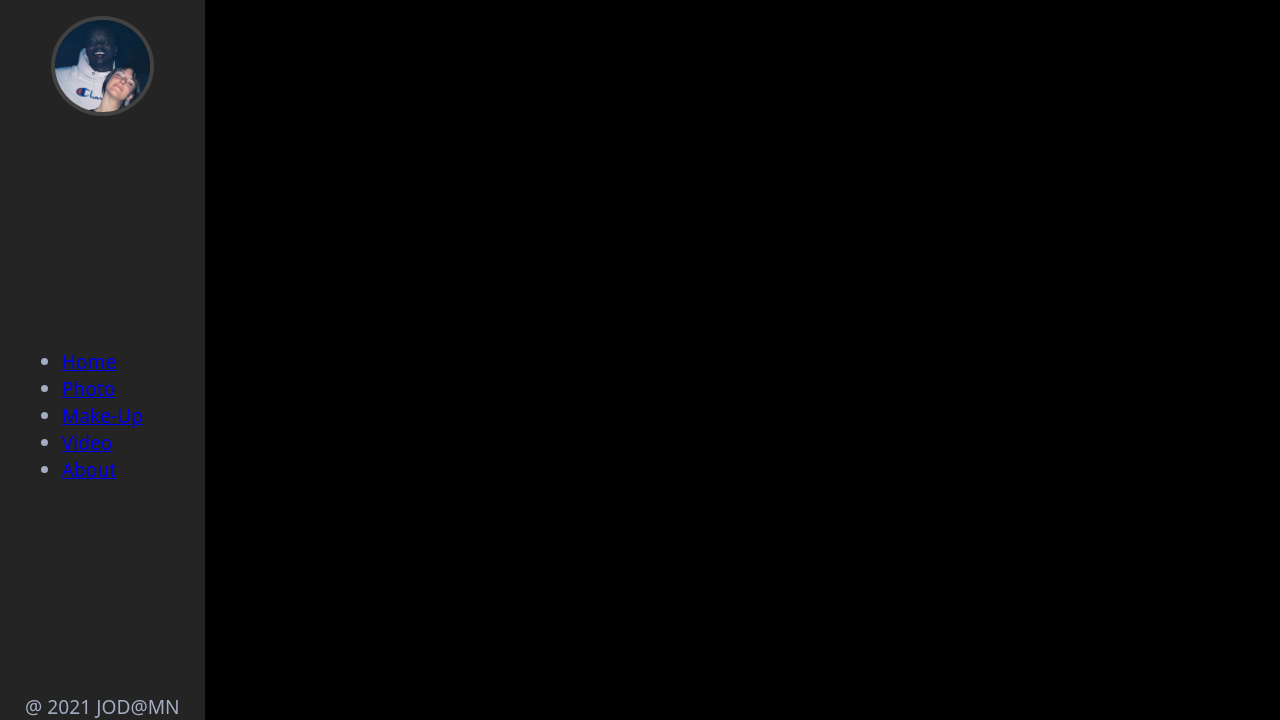
Repository: JordanKnuts/siriusRed
Page: /
The author's editor kept a copy of each file at every save. The page is drawn from the files as they stood at one save, then again after the next save.
The browser window is 1280 px wide. The pictures show the whole page.
The project was rebuilt for these pictures with package versions that can differ from the ones it lists, and the page was loaded fresh each time.

Above is the page before, as saved 2021-04-27 14:45:09.

### public/index.html
<!DOCTYPE html>
<html lang="en">

<head>
  <meta charset="utf-8" />
  <link rel="icon" href="%PUBLIC_URL%/favicon.ico" />
  <meta name="viewport" content="width=device-width, initial-scale=1" />
  <meta name="theme-color" content="#000000" />
  <meta name="description" content="Web site created using create-react-app" />
  <link rel="apple-touch-icon" href="%PUBLIC_URL%/logo192.png" />
  <!--
      manifest.json provides metadata used when your web app is installed on a
      user's mobile device or desktop. See https://developers.google.com/web/fundamentals/web-app-manifest/
    -->
  <link rel="manifest" href="%PUBLIC_URL%/manifest.json" />

  <link rel="preconnect" href="https://fonts.gstatic.com">
  <link href="https://fonts.googleapis.com/css2?family=Noto+Sans:ital,wght@0,400;0,700;1,400;1,700&display=swap"
    rel="stylesheet">
  <!--
      Notice the use of %PUBLIC_URL% in the tags above.
      It will be replaced with the URL of the `public` folder during the build.
      Only files inside the `public` folder can be referenced from the HTML.

      Unlike "/favicon.ico" or "favicon.ico", "%PUBLIC_URL%/favicon.ico" will
      work correctly both with client-side routing and a non-root public URL.
      Learn how to configure a no n-root public URL by running `npm run build`.
    -->
  <title>React App</title>
</head>

<body>
  <noscript>You need to enable JavaScript to run this app.</noscript>
  <div id="root"></div>
  <!--
      This HTML file is a template.
      If you open it directly in the browser, you will see an empty page.

      You can add webfonts, meta tags, or analytics to this file.
      The build step will place the bundled scripts into the <body> tag.

      To begin the development, run `npm start` or `yarn start`.
      To create a production bundle, use `npm run build` or `yarn build`.
    -->
</body>

</html>

### src/App.js
import './App.scss';
import './Components/NavBar'
import NavBar from './Components/NavBar';

function App() {
  return (
    <div className="App">
     <div className="sidebar">
        <NavBar/>
     </div>
     <div className="main-content">

     </div>
    </div>
  );
}

export default App;

### src/App.scss
@import './Styles/layout';
@import './Styles/navBar';

*{
    padding: 0;
    margin:0;
    box-sizing: border-box;
}

body{
    color: #a4acc4;
    font-family: 'Noto Sans', sans-serif;
    font-size: 1.2rem;
}

### src/Components/NavBar.js
import React from "react";
import avatar from "../img/avatar.jpg";
import { NavLink } from "react-router-dom";

function NavBar(props) {
  return (
    <div className="NavBar">
      <nav className="nav">
        <div className="profile">
          <img src={avatar} alt="" />
        </div>
        <ul className="nav-items">
          <li className="nav-item">
            <NavLink to="/" exact activeClassName="active">
              Home
            </NavLink>
          </li>
          <li className="nav-item">
            <NavLink to="/" exact activeClassName="active">
              Photo
            </NavLink>
          </li>
          <li className="nav-item">
            <NavLink to="/" exact activeClassName="active">
              Make-Up
            </NavLink>
          </li>
          <li className="nav-item">
            <NavLink to="/" exact activeClassName="active">
              Video
            </NavLink>
          </li>
          <li className="nav-item">
            <NavLink to="/" exact activeClassName="active">
              About
            </NavLink>
          </li>
        </ul>
        <footer>@ 2021 JOD@MN</footer>
      </nav>
    </div>
  );
}

export default NavBar;

### src/Styles/_layout.scss
.App{
    .sidebar{
        width: 16%;
        height: 100vh;
        background-color: rgb(36, 36, 36);
        position:fixed;
    }
    .main-content{
        width: 84%;
        margin-left: 16%;
        background-color: black;
        min-height: 100vh;
    }
}

### src/Styles/_navBar.scss
.NavBar{
    height: 100vh;
    .nav{
        height: 100%;
        display: flex;
        flex-direction: column;
        justify-content: space-between;
        align-items: center;

        .profile{
            width: 100%;
            text-align: center;
            margin-top:1rem;
            border-bottom: 1px ;
            img{
                width: 50%;
                border-radius: 100%;
                border : 4px solid rgb(66, 66, 66);
                margin-bottom: 1rem;
            }
        }
    }

}

Loaded but not shown: src/index.js (common file); src/index.css (common file); src/reportWebVitals.js (common file)

After the next save:
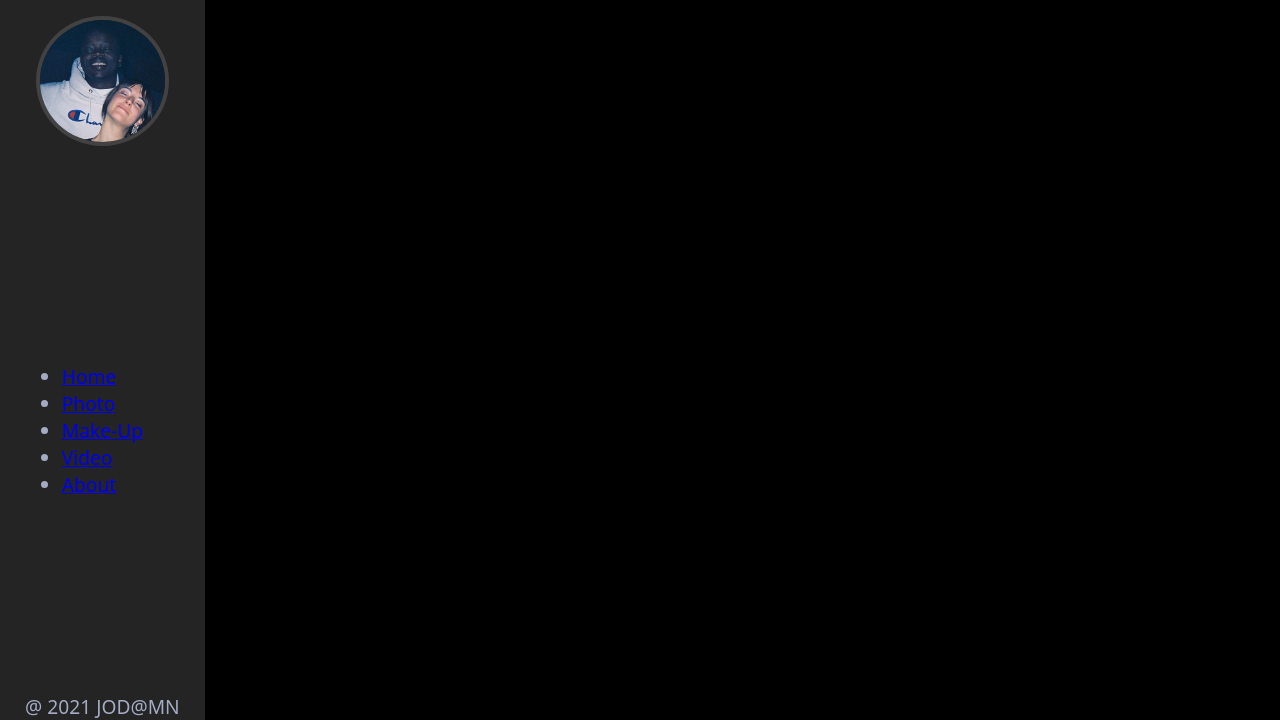
Saved 11 s later.
--- a/src/Styles/_navBar.scss
+++ b/src/Styles/_navBar.scss
@@ -13,7 +13,7 @@
             margin-top:1rem;
             border-bottom: 1px ;
             img{
-                width: 50%;
+                width: 65%;
                 border-radius: 100%;
                 border : 4px solid rgb(66, 66, 66);
                 margin-bottom: 1rem;
